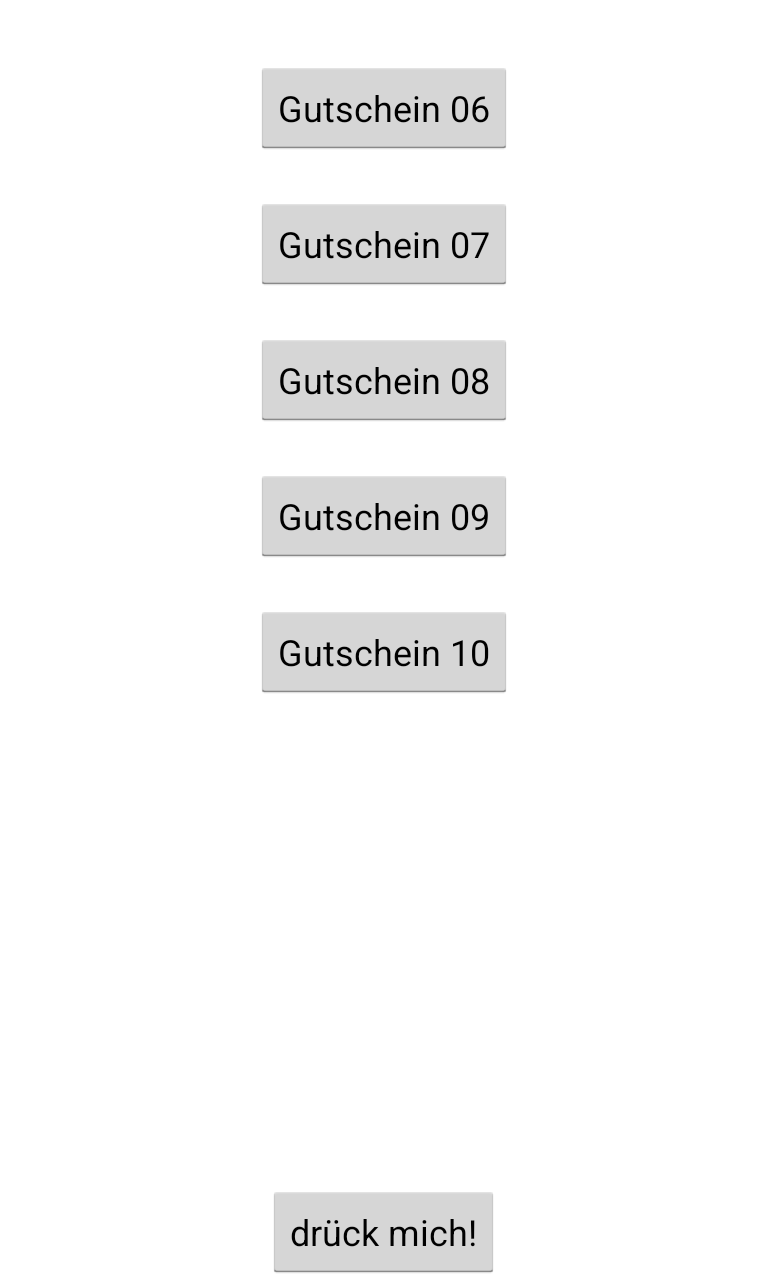
Repository: flashback2k12/ChristmasPresent
Layout: ChristmasPresent/res/layout/activity_checkbox2.xml
An editor plug-in stored every save of this project. The layout is shown before and after the next save, followed by the edit.
It is drawn on a 768 x 1280 px phone screen (xhdpi) without system bars, with theme AppTheme; the app's code is not run.

Above is the layout before, as saved 2012-12-19 19:29:57.

After the next save:
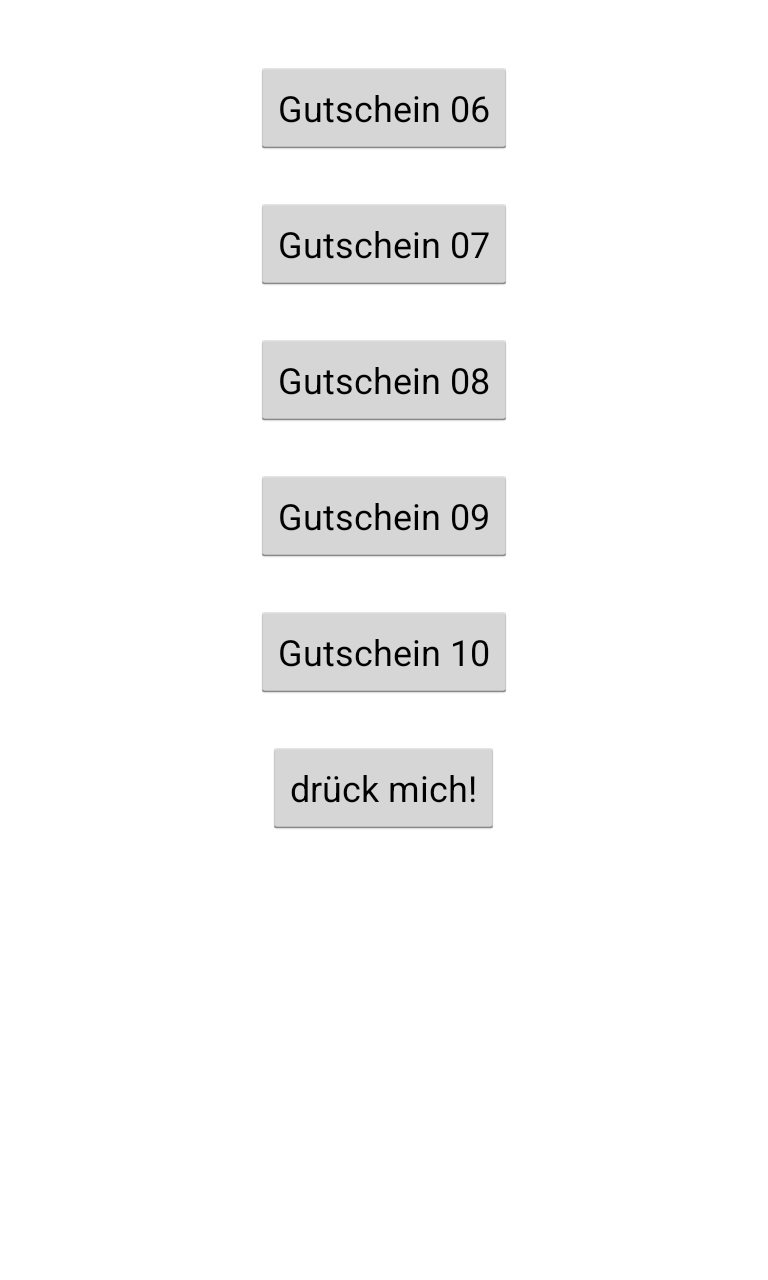
Saved 31 s later.
--- a/ChristmasPresent/res/layout/activity_checkbox2.xml
+++ b/ChristmasPresent/res/layout/activity_checkbox2.xml
@@ -59,7 +59,7 @@
         android:id="@+id/button1CBX2"
         android:layout_width="wrap_content"
         android:layout_height="wrap_content"
-        android:layout_alignParentBottom="true"
+        android:layout_below="@+id/Button10"
         android:layout_centerHorizontal="true"
         android:layout_marginTop="20dp"
         android:onClick="BtnZusatz"
